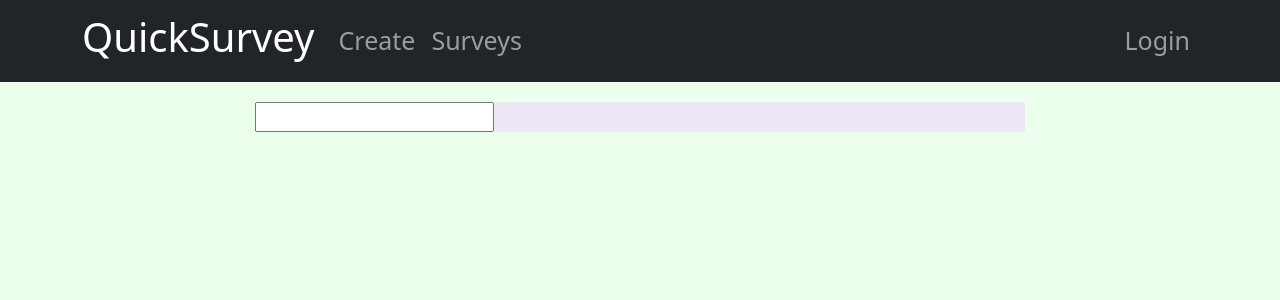
Repository: cakuang1/QuickSurveyReact
Page: /create (app in frontend/)
The author's editor kept a copy of each file at every save. The page is drawn from the files as they stood at one save, then again after a run of saves.
The browser window is 1280 px wide. The pictures show the whole page.
The project was rebuilt for these pictures with package versions that can differ from the ones it lists, and the page was loaded fresh each time. Also part of the build but not shown: frontend/src/index.css, frontend/src/pages/home/home.js, frontend/src/pages/pastsurveys/pastsurveys.js, frontend/src/pages/login/login.js, frontend/src/pages/register/register.js.

Above is the page before, as saved 2022-07-29 03:10:53.

### frontend/src/App.js

import Navigation from './components/Nav/Nav';
import {BrowserRouter,Route,Routes} from "react-router-dom";
import Home from "./pages/home/home"
import Create from "./pages/create/create"
import CreatedSurveys from "./pages/pastsurveys/pastsurveys"
import LogRegi from "./pages/login/login"
import Register from "./pages/register/register"




function App() {
  return (
  <BrowserRouter>
    <Navigation/>
    <Routes>
      <Route path='/' element = {<Home/>}></Route>
      <Route path = 'create' element = {<Create/>}></Route>
      <Route path = 'created' element = {<CreatedSurveys/>}></Route>
      <Route path = 'login' element = {<LogRegi/>}></Route>
      <Route path = 'register' element = {<Register/>}></Route>
    </Routes>

  </BrowserRouter>

  );
}

export default App;

### frontend/src/components/Nav/Nav.js
import React,{useState} from "react";
import Nav from 'react-bootstrap/Nav';
import Navbar from 'react-bootstrap/Navbar';

import Container from 'react-bootstrap/Container';
import 'bootstrap/dist/css/bootstrap.min.css';
import {Link} from 'react-router-dom'
import "./nav.css"



export default function Navigation() {
  return (
    <Navbar collapseOnSelect expand="lg" bg="dark" variant="dark">
      <Container>
        <Navbar.Brand as={Link} to="/home">
          <h1>QuickSurvey</h1>
        </Navbar.Brand>
        <Navbar.Toggle aria-controls="responsive-navbar-nav" />
        <Navbar.Collapse id="responsive-navbar-nav">
          <Nav className="me-auto">
            <Nav.Link as={Link} to="/create">Create</Nav.Link>
            <Nav.Link as={Link} to="/created">Surveys</Nav.Link>

          </Nav>
          <Nav>
            <Nav.Link as={Link} to="/login">Login</Nav.Link>
          </Nav>
        </Navbar.Collapse>
      </Container>
    </Navbar>
  );
}

### frontend/src/pages/create/create.js
import React, { useState } from 'react'
import "./create.css"
function Question() {
  <div>







  </div>




}


export default function Create(){
  const [questions,setQuestions] = useState(1)
  return (
    <div className='outsidecontainer'>
      <div className='titlecontainer'>
        <input className='title'/>


      </div>








    </div>
  )
}

### frontend/src/components/Nav/nav.css
.nav-link {
    font-size: 25px;

}

### frontend/src/pages/create/create.css
.titlecontainer {
    background-color: #ede7f6;



}

.outsidecontainer {
    width: 770px;
    margin: auto;
    margin-top: 20px;

}

### frontend/src/pages/login/login.css
.box {
width: 40vw;
min-width: 700px;
min-height: 480px;
border-radius: 10px;
background-color: #fff;
box-shadow: #6a839c33 0 8px 24px;
margin: 50px 10px;
display: flex;
flex-direction: column;
align-items: center;
}

.box2 {

    width: 40vw;
    min-width: 700px;
    min-height: 480px;
    border-radius: 10px;
    background-color: #fff;
    box-shadow: #6a839c33 0 8px 24px;
    margin: 50px 10px;
    display: flex;
    flex-direction: column;
    align-items: center;
    padding-bottom: 100px;



}

.description {
    margin-top: 20px;
    font-size: larger;

}
body {

    background-color: #ecffec;
}

.test {
    display: flex;
    width: 100vw;
    height: 100vh;
    flex-direction: column;
    align-items: center;
    justify-content: center;
    transition: background-color .2s;
}

.loginform {
    display: flex;
    flex-direction: column;
    width: 80%;
    margin-top: 50px;
    margin-bottom: 15px;
}

.loginform input {
    margin-bottom: 40px;
    padding: 18px 18px 18px 40px;
    font-family: GilroyRegular;
    border: 1px solid #c2f3c2;
    border-radius: 8px;
    color: var(--blue);
}

.loginform button {
    outline: none;
    border: none;
    padding: 17px;
    border-radius: 8px;
    font-family: GilroyRegular;

    background-color: #c2f3c2;
    transition: .2s;
    font-size: 20px;


}


.messages {

    width: 80%;
    height: 50px;
    margin: auto;
    text-align: center;
    font-size: 17px;
    font-weight: bold;
    vertical-align: middle;
    line-height: 50px;
}
.messagecontainer {
    width: 100%;
    height: 100px;
}

Loaded but not shown: frontend/public/index.html (common file); frontend/src/index.js (common file)

After the next 5 saves:
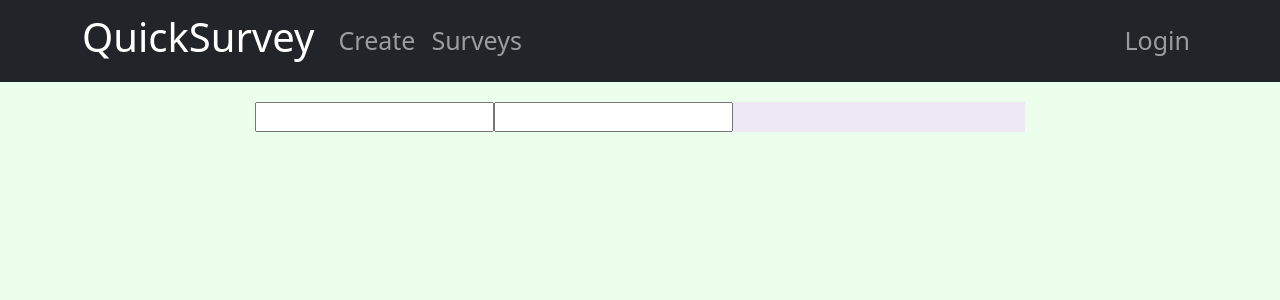
The 5 saves are shown as one change because 3 did not build or start and some came seconds apart.
The last was saved 25 s later.
--- a/frontend/src/pages/create/create.js
+++ b/frontend/src/pages/create/create.js
@@ -22,9 +22,8 @@ export default function Create(){
   return (
     <div className='outsidecontainer'>
       <div className='titlecontainer'>
-        <input className='title'/>
-
-
+        <input className='formtitle'/>
+        <input className='formdescription'/>
       </div>
 
 
